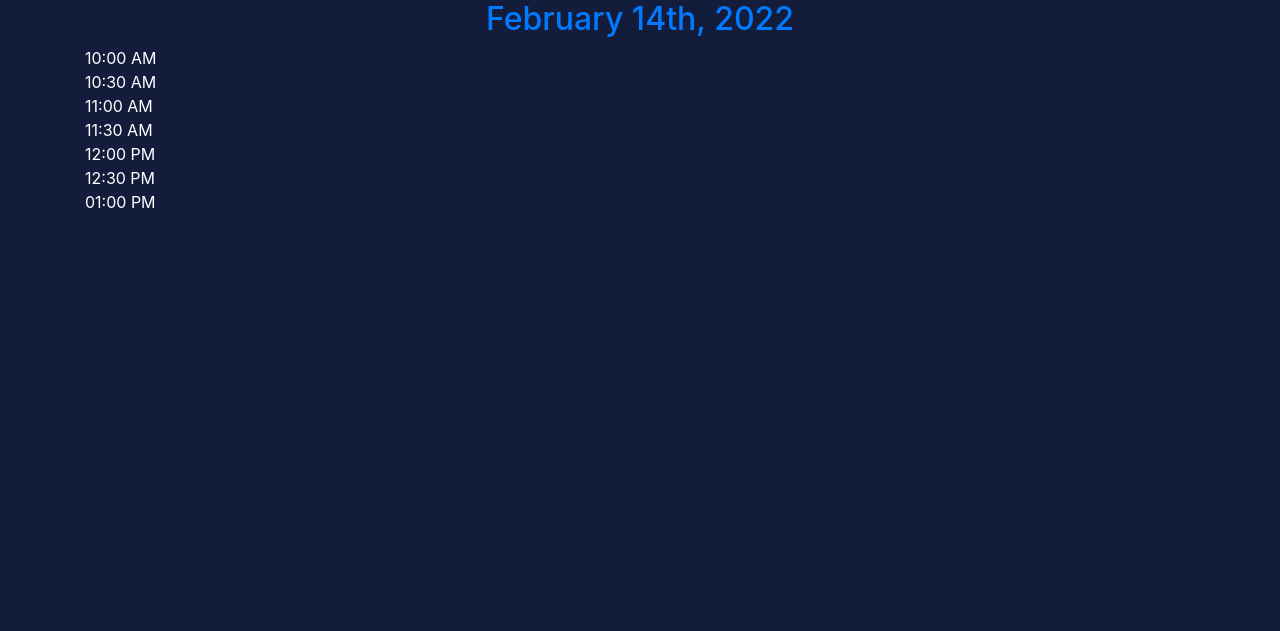
Repository: BaileyLuu/yuHacks2022
Page: public/schedule.html
These files come from the project's save history. The page is drawn as it stood at one moment and after the next save; the edit follows.
The browser window is 1280 px wide. The pictures show the whole page.
Some web libraries are served in a nearby version.

Above is the page before, as saved 2021-11-20 12:16:48.

### public/schedule.html
<!DOCTYPE html>
<html lang="en">
<head>
    <meta charset="UTF-8">
    <meta http-equiv="X-UA-Compatible" content="IE=edge">
    <meta name="viewport" content="width=device-width, initial-scale=1.0">

    <script src="https://ajax.googleapis.com/ajax/libs/jquery/3.5.1/jquery.min.js"></script>

    <!-- Popper JS -->
    <script src="https://cdnjs.cloudflare.com/ajax/libs/popper.js/1.12.9/umd/popper.min.js"
        integrity="sha384-ApNbgh9B+Y1QKtv3Rn7W3mgPxhU9K/ScQsAP7hUibX39j7fakFPskvXusvfa0b4Q"
        crossorigin="anonymous"></script>

    <!-- Latest compiled JavaScript -->
    <script src="https://maxcdn.bootstrapcdn.com/bootstrap/4.0.0/js/bootstrap.min.js"
        integrity="sha384-JZR6Spejh4U02d8jOt6vLEHfe/JQGiRRSQQxSfFWpi1MquVdAyjUar5+76PVCmYl"
        crossorigin="anonymous"></script>

    <!-- Latest compiled and minified CSS -->
    <link rel="stylesheet" href="https://maxcdn.bootstrapcdn.com/bootstrap/4.0.0/css/bootstrap.min.css"
        integrity="sha384-Gn5384xqQ1aoWXA+058RXPxPg6fy4IWvTNh0E263XmFcJlSAwiGgFAW/dAiS6JXm" crossorigin="anonymous">

    <!-- AOS CSS Library CDN -->
    <link href="https://unpkg.com/aos@2.3.1/dist/aos.css" rel="stylesheet">
    <!-- Bootstrap Icons -->
    <link rel="stylesheet" href="https://cdn.jsdelivr.net/npm/bootstrap-icons@1.7.0/font/bootstrap-icons.css">



    <script src="https://code.jquery.com/jquery-3.2.1.slim.min.js"
        integrity="sha384-KJ3o2DKtIkvYIK3UENzmM7KCkRr/rE9/Qpg6aAZGJwFDMVNA/GpGFF93hXpG5KkN"
        crossorigin="anonymous"></script>
    <link rel="stylesheet" href="./schedule.css">
    <script src="schedule.js"></script>
    <script src="https://ajax.googleapis.com/ajax/libs/jquery/3.3.1/jquery.min.js"></script>
    <title>yuHacks Schedule</title>
</head>
<body>
   <section class="text-white">
    <div class="container">
        <h2 class="text-primary title text-center">February 14th, 2022</h1>

        <!-- <div class="row row-cols-2">
          <div class="col">Column</div>
          <div class="col">Column</div>
          <div class="col">Column</div>
          <div class="col">Column</div>
          <div class="col">Column</div>
          <div class="col">Column</div>

        </div>
        <div class="row row-cols-2">
            <div class="col">Column</div>
            <div class="col">Column</div>
            <div class="col">Column</div>
            <div class="col">Column</div>
            <div class="col">Column</div>
            <div class="col">Column</div>

          </div> -->
  <div class="schedule-table">



          <div class="schedule-time">
            <div>10:00 AM</div>
            <div>10:30 AM</div>
            <div>11:00 AM</div>
            <div>11:30 AM</div>
            <div>12:00 PM</div>
            <div>12:30 PM</div>
            <div>01:00 PM</div>

          </div>
          <!-- <div class="col-md-8">
              <div>Introduction to Github</div>
              <div></div>
              <div>Introduction to Bootstrap</div>
          </div> -->

      </div>
    </div>
   </section>

   <script src="https://cdnjs.cloudflare.com/ajax/libs/jquery/3.6.0/jquery.min.js"
   integrity="sha512-894YE6QWD5I59HgZOGReFYm4dnWc1Qt5NtvYSaNcOP+u1T9qYdvdihz0PPSiiqn/+/3e7Jo4EaG7TubfWGUrMQ=="
   crossorigin="anonymous" referrerpolicy="no-referrer"></script>
<!-- Option 1: Bootstrap Bundle with Popper -->
<script src="https://cdn.jsdelivr.net/npm/bootstrap@5.1.3/dist/js/bootstrap.bundle.min.js"
   integrity="sha384-ka7Sk0Gln4gmtz2MlQnikT1wXgYsOg+OMhuP+IlRH9sENBO0LRn5q+8nbTov4+1p"
   crossorigin="anonymous"></script>

<script src="https://unpkg.com/aos@2.3.1/dist/aos.js"></script>
<script>
   AOS.init({
       offset: 500,
       duration: 800,
       once: true,
   }

   );
</script>
</body>
</html>

### public/schedule.css
body {
    background-color: #141c3c;
  }

.schedule-time{
  display:flex;
  flex-direction: column;
  width:10vw;
  height:10vh;
}
.schedule-table{
  display:flex;
  flex-direction:column;
}

Loaded but not shown: public/schedule.js (no copy from this time; the picture is the same without it)

After the next save:
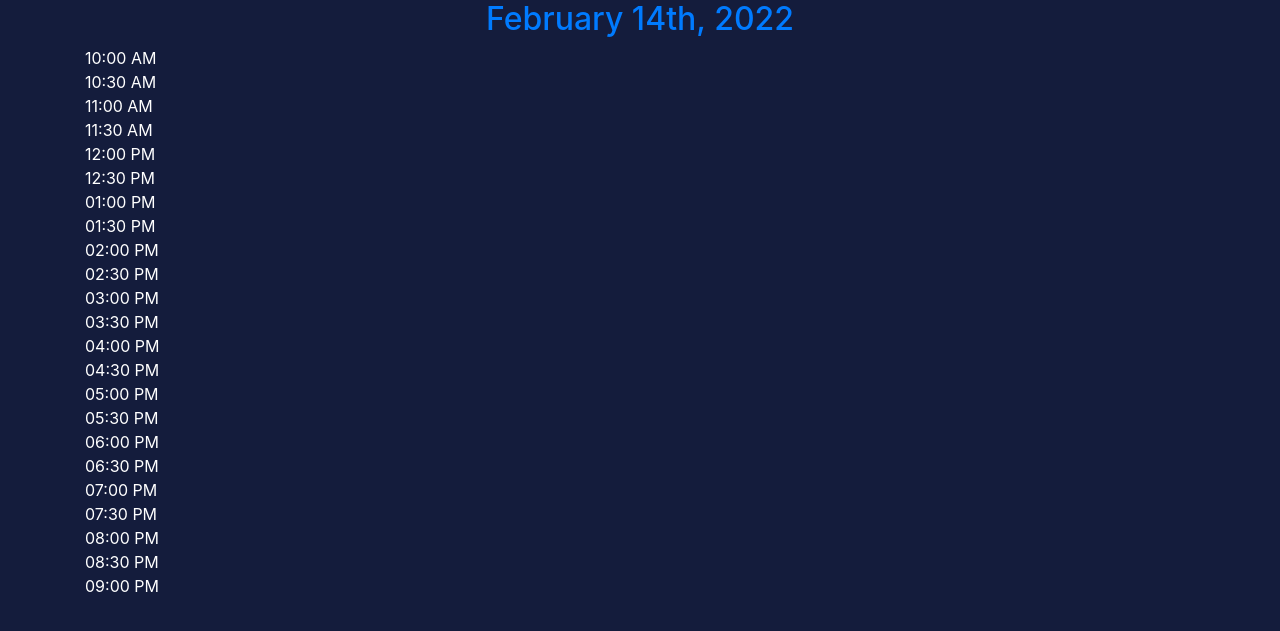
Saved 29 s later.
--- a/public/schedule.html
+++ b/public/schedule.html
@@ -71,6 +71,23 @@
             <div>12:00 PM</div>
             <div>12:30 PM</div>
             <div>01:00 PM</div>
+            <div>01:30 PM</div>
+            <div>02:00 PM</div>
+            <div>02:30 PM</div>
+            <div>03:00 PM</div>
+            <div>03:30 PM</div>
+            <div>04:00 PM</div>
+            <div>04:30 PM</div>
+            <div>05:00 PM</div>
+            <div>05:30 PM</div>
+            <div>06:00 PM</div>
+            <div>06:30 PM</div>
+            <div>07:00 PM</div>
+            <div>07:30 PM</div>
+            <div>08:00 PM</div>
+            <div>08:30 PM</div>
+            <div>09:00 PM</div>
+
 
           </div>
           <!-- <div class="col-md-8">
